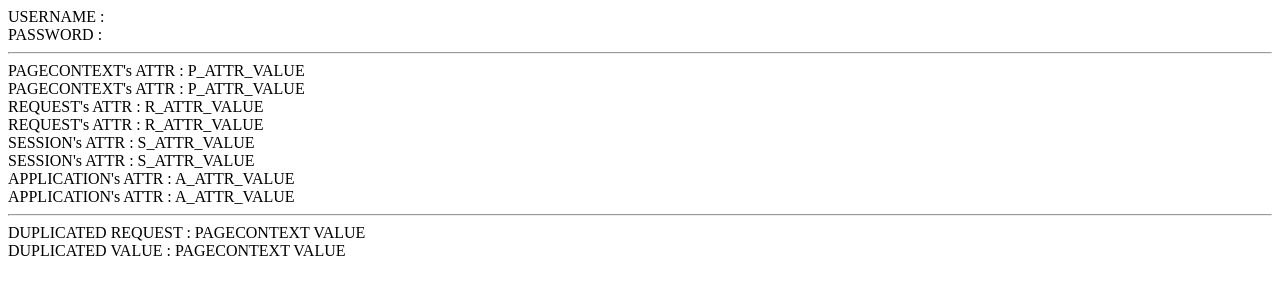
Repository: Leehj9094/JAVA_BOOK-
Page: http://localhost/01JSP/C08/01EL/result.jsp
An editor plug-in stored every save of this project. The page is shown before and after the next save, followed by the edit.
The browser window is 1280 px wide. The pictures show the whole page.
The page is served by Tomcat 9. Other server files are loaded and not shown.

Above is the page before, as saved 2025-04-04 02:36:23.

### JSP/01JSP/src/main/webapp/C08/01EL/result.jsp
<%@ page language="java" contentType="text/html; charset=UTF-8"
    pageEncoding="UTF-8"%>
<!DOCTYPE html>
<html>
<head>
<meta charset="UTF-8">
<title>Insert title here</title>
</head>
<body>

<!--
	EL(Expression Language) : 내장객체의 Scope 참조
	PageScope 				: 현재 JSP페이지 내에서만 사용 가능한 속성 / 기능 (관련 내장객체 : pageContext)
	requestScope 			: 하나의 요청 처리동안 (관련 내장객체 : request)
	sessionScope 			: 일정기간 동안(지정된 혹은 기본값) (관련 내장객체 : session)
	applicationScope 		: 서버 종료 시 동안 (관련 내장 객체 application)

 -->
<%

	pageContext.setAttribute("P_ATTR", "P_ATTR_VALUE");
	request.setAttribute("R_ATTR","R_ATTR_VALUE");
	session.setAttribute("S_ATTR","S_ATTR_VALUE");
	application.setAttribute("A_ATTR", "A_ATTR_VALUE");

	pageContext.setAttribute("DUP", "PAGECONTEXT VALUE");
	request.setAttribute("DUP","REQUEST VALUE");

%>


<!-- EL : PARAM -->

USERNAME : ${param.username } <br/>
PASSWORD : ${param.password } <br/>

<hr/>
<!-- EL : ATTRIBUTE -->
PAGECONTEXT's ATTR : ${P_ATTR }<br/>
PAGECONTEXT's ATTR : ${pageScope.P_ATTR}<br/>
REQUEST's ATTR : ${R_ATTR}<br/>
REQUEST's ATTR : ${requestScope.R_ATTR}<br/>
SESSION's ATTR : ${S_ATTR}<br/>
SESSION's ATTR : ${sessionScope.S_ATTR}<br/>
APPLICATION's ATTR : ${A_ATTR}<br/>
APPLICATION's ATTR : ${applicationScope.A_ATTR}<br/>
<hr />
<!-- EL : ATTRIBUTE(중복값) -->
DUPLICATED REQUEST : ${DUP}<br/>
DUPLICATED VALUE : ${DUP}<br/>

</body>
</html>

After the next save:
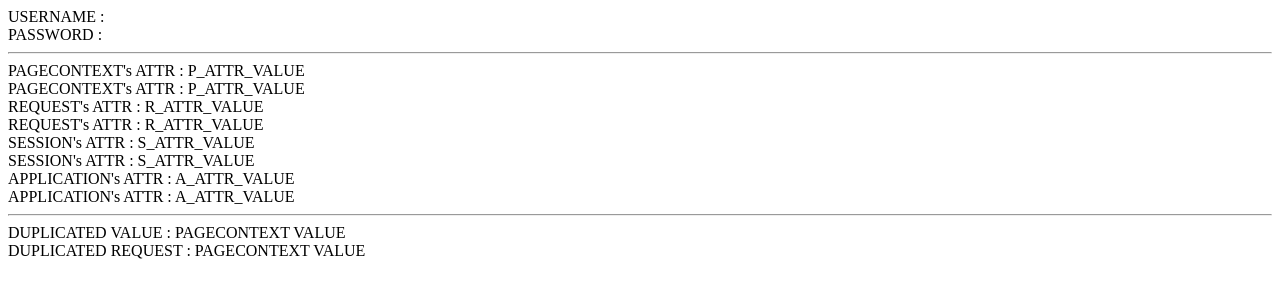
Saved 16 s later.
--- a/JSP/01JSP/src/main/webapp/C08/01EL/result.jsp
+++ b/JSP/01JSP/src/main/webapp/C08/01EL/result.jsp
@@ -46,8 +46,10 @@ APPLICATION's ATTR : ${A_ATTR}<br/>
 APPLICATION's ATTR : ${applicationScope.A_ATTR}<br/>
 <hr />
 <!-- EL : ATTRIBUTE(중복값) -->
+
+DUPLICATED VALUE : ${DUP}<br/>
 DUPLICATED REQUEST : ${DUP}<br/>
-DUPLICATED VALUE : ${DUP}<br/>
+
 
 </body>
 </html>
